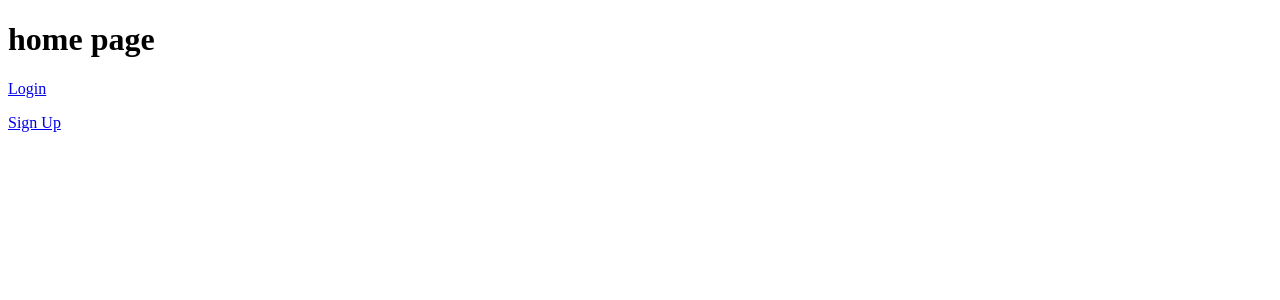
Repository: Styner-JEON/event
Page: / (app in frontend/)
These files come from the project's save history. The page is drawn as it stood at one moment and after a run of saves; the edit follows.
The browser window is 1280 px wide. The pictures show the whole page.
The project was rebuilt for these pictures with package versions that can differ from the ones it lists, and the page was loaded fresh each time. The framework's server and built-in components were replaced by stand-ins that run in the browser. Also part of the build but not shown: frontend/next.config.ts.

Above is the page before, as saved 2025-04-08 20:32:22.

After the next 3 saves:
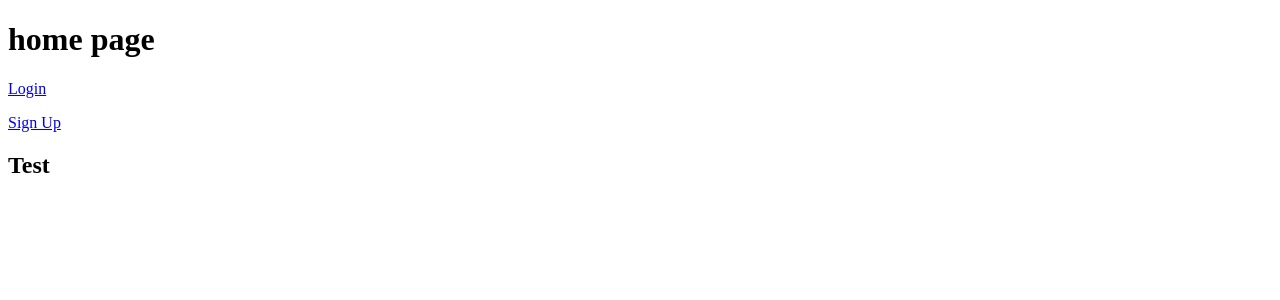
The 3 saves are shown as one change because 1 did not build or start and some came seconds apart.
The last was saved 21 s later.
--- a/frontend/src/app/(home)/page.tsx
+++ b/frontend/src/app/(home)/page.tsx
@@ -1,5 +1,6 @@
 import Link from "next/link";
 import Cookies from "../_components/cookies";
+import Test from "./_components/test";
 
 export default async function Home() {
   return (
@@ -14,6 +15,7 @@ export default async function Home() {
         </p>
         {/* <Cookies /> */}
       </section>
+      <Test />
     </main>
   );
 }
